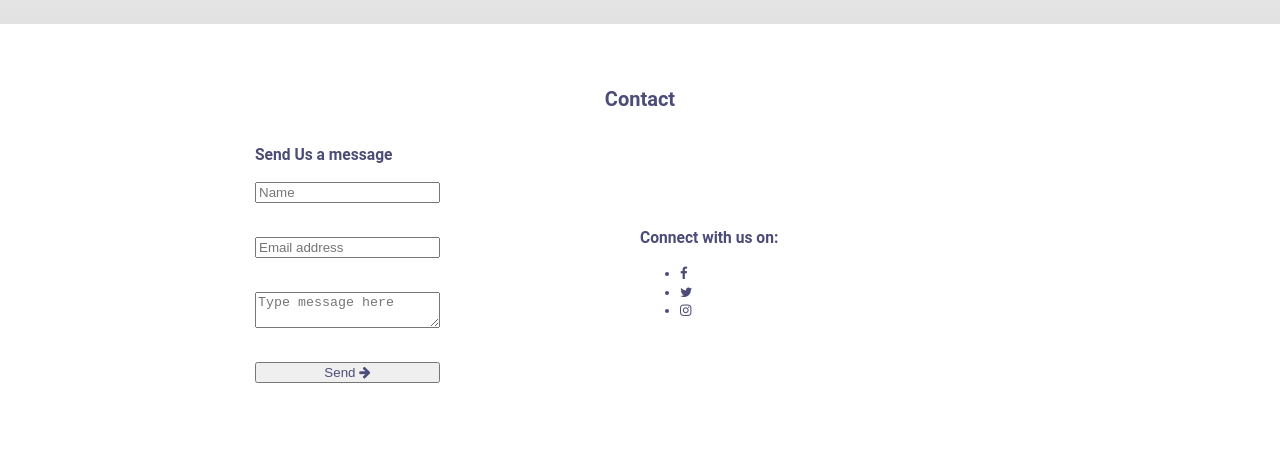
Repository: wisdomspine/emmatech-website
Page: index.html
These files come from the project's save history. The page is drawn as it stood at one moment and after the next save; the edit follows.
The browser window is 1280 px wide. The pictures show the part of the page from y = 1532 to 1993 px (the page is 1993 px tall).
A picture or video elsewhere on the page could not be fetched, so the positions and the page height are approximate.

Above is the page before, as saved 2020-11-02 12:20:02.

After the next save:
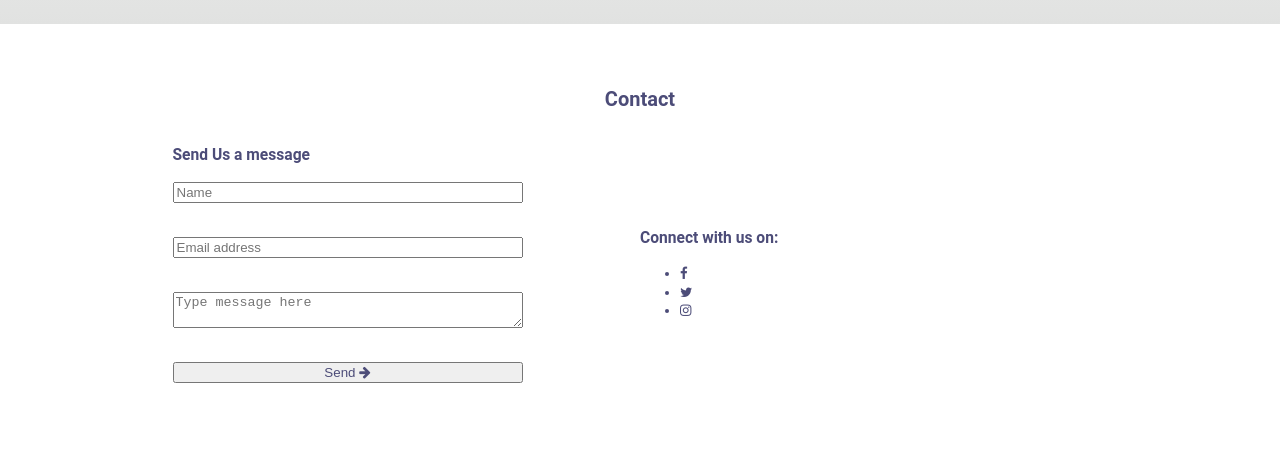
Saved 82 s later.
--- a/assets/styles/index.css
+++ b/assets/styles/index.css
@@ -115,6 +115,7 @@
 
 .home-contact .home-contact-content>div:first-child>div{
     max-width: 500px;
+    min-width: 350px;
 }
 
 .home-contact .home-contact-content>div:first-child form{
